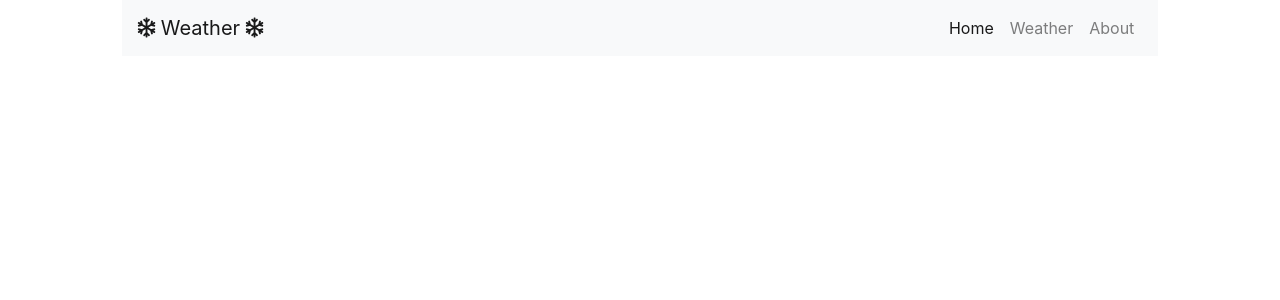
Repository: AalokJadhav/Weather_App
Page: public/index.html
The author's editor kept a copy of each file at every save. The page is drawn from the files as they stood at one save, then again after the next save.
The browser window is 1280 px wide. The pictures show the whole page.
Some web libraries are served in a nearby version.

Above is the page before, as saved 2020-11-15 11:04:11.

After the next save:
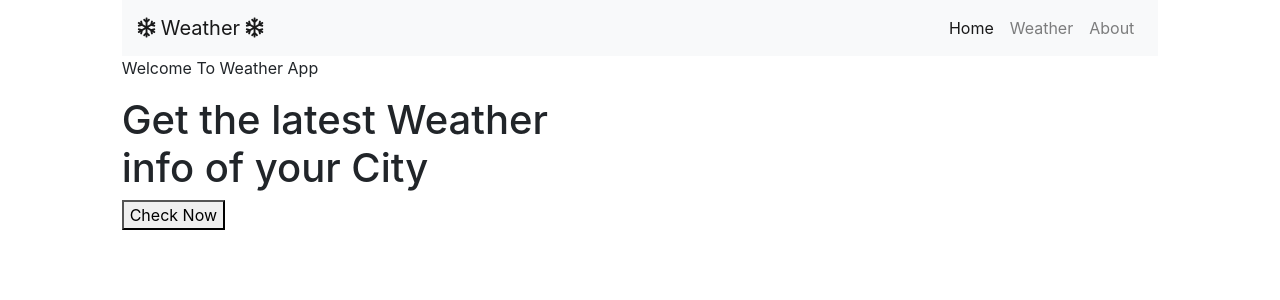
Saved 5 min 47 s later.
--- a/public/index.html
+++ b/public/index.html
@@ -57,6 +57,14 @@
     <div class="container-fluid main_header">
         <div class="row">
             <div class="col-md-10 col-12 mx-auto">
+                <div class="row">
+                    <!-- Left Side Div -->
+                    <div class="col-md-6 col-12 main_header_left">
+                        <p> Welcome To Weather App</p>
+                        <h1>Get the latest <span>Weather</span> info of your City</h1>
+                        <a href="/weather"><button>Check Now</button></a>
+                    </div>
+                </div>
             </div>
         </div>
     </div>
